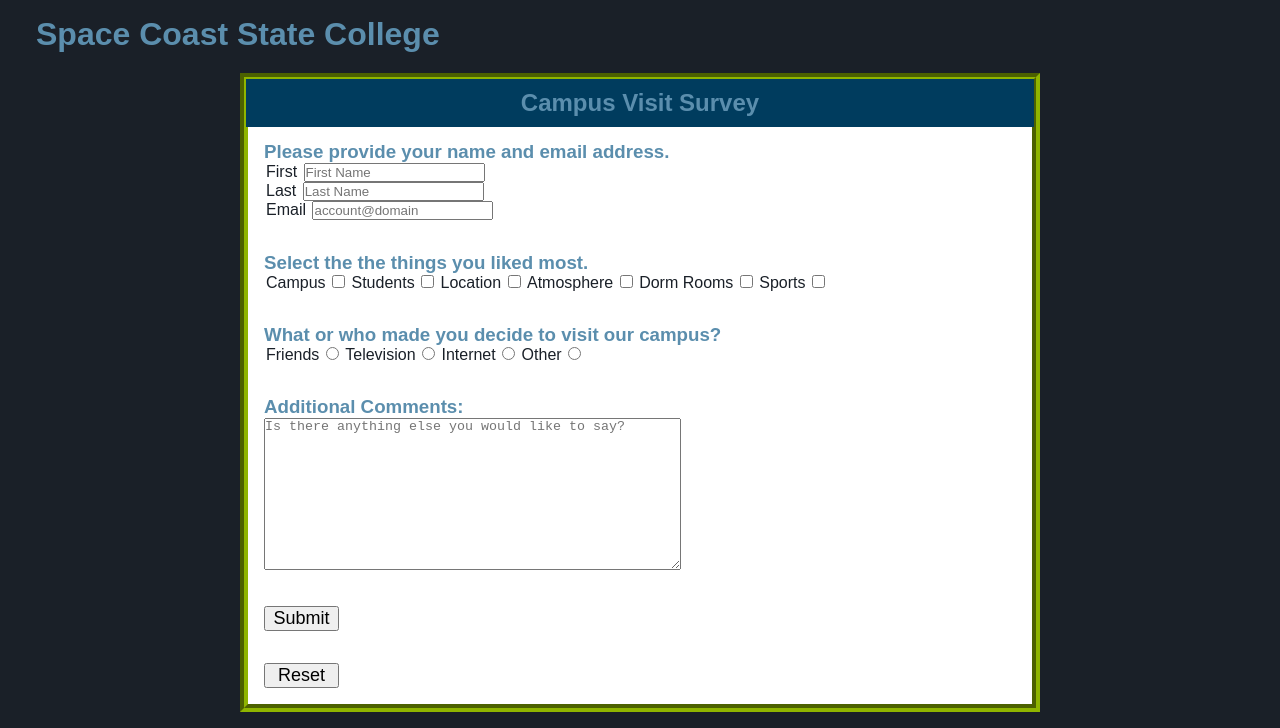
Repository: mlmEFSC21/P2-University-Form
Page: index.html
These files come from the project's save history. The page is drawn as it stood at one moment and after the next save; the edit follows.
The browser window is 1280 px wide. The pictures show the whole page.
Some web fonts or font styles are not loaded; a fallback is used.

Above is the page before, as saved 2022-01-29 20:05:06.

### index.html
<!DOCTYPE html>
<html lang="en">
    <head>
        <meta charset="UTF-8" />
        <meta http-equiv="X-UA-Compatible" content="IE=edge" />
        <meta name="viewport" content="width=device-width, initial-scale=1.0" />
        <title>University Form</title>
        <link rel="stylesheet" href="uniFormStyles.css" />
    </head>
    <body>
        <header>
            <h1>Space Coast State College</h1>
        </header>
        <main>
            <section class="flex">
                <!-- REMEMBER TO CHANGE THIS TO A POST TO DEITEL!!!!!!!!!!-->
                <form action="results.html" method="GET">
                    <h2>Campus Visit Survey</h2>
                    <article class="info">
                        <h3>Please provide your name and email address.</h3>
                        <div>
                            <label for="fname">First</label>
                            <input
                                type="text"
                                id="fname"
                                name="fname"
                                required
                                placeholder="First Name"
                            />
                        </div>
                        <div>
                            <label for="lname">Last</label>
                            <input
                                type="text"
                                id="lname"
                                name="lname"
                                required
                                placeholder="Last Name"
                            />
                        </div>
                        <div>
                            <label for="email">Email</label>
                            <input
                                type="email"
                                id="email"
                                name="email"
                                required
                                placeholder="account@domain"
                            />
                        </div>
                    </article>
                    <article class="favFeatures">
                        <h3>Select the the things you liked most.</h3>
                        <label for="campus">Campus</label>
                        <input type="checkbox" id="campus" name="campus" />
                        <label for="students">Students</label>
                        <input type="checkbox" id="students" name="students" />
                        <label for="location">Location</label>
                        <input type="checkbox" id="location" name="location" />
                        <label for="atmosphere">Atmosphere</label>
                        <input
                            type="checkbox"
                            id="atmosphere"
                            name="atmosphere"
                        />
                        <label for="dorms">Dorm Rooms</label>
                        <input type="checkbox" id="dorms" name="dorms" />
                        <label for="sports">Sports</label>
                        <input type="checkbox" id="sports" name="sports" />
                    </article>
                    <article class="recommend">
                        <h3>
                            What or who made you decide to visit our campus?
                        </h3>
                        <label for="friends">Friends</label>
                        <input
                            type="radio"
                            id="friends"
                            name="referred"
                            required
                        />
                        <label for="television">Television</label>
                        <input type="radio" id="television" name="referred" />
                        <label for="internet">Internet</label>
                        <input type="radio" id="internet" name="referred" />
                        <label for="other">Other</label>
                        <input type="radio" id="other" name="referred" />
                    </article>
                    <article>
                        <h3>Additional Comments:</h3>
                        <textarea
                            name="comments"
                            placeholder="Is there anything else you would like to say?"
                            rows="10"
                            cols="50"
                        ></textarea>
                    </article>
                    <button type="submit" class="submit">Submit</button>
                    <button type="reset" class="reset">Reset</button>
                </form>
            </section>
        </main>
    </body>
</html>

### uniFormStyles.css
@import url("https://fonts.googleapis.com/css2?family=Spectral:wght@400&display=swap");

:root {
    --clr-prime: #003c5e;
    --clr-second: #1a2028;
    --clr-accent: #8fb500;
    --clr-font-prime: #5b8ead;
    --clr-font-second: black;
}

*,
*::before,
*::after {
    margin: 0;
    padding: 0;
    box-sizing: border-box;
}
body {
    margin: 0 1.25em;
    padding: 1em;
    background-color: var(--clr-second);
    font-family: "Spectral", sans-serif;
    color: var(--clr-font-prime);
}
header {
    color: var(--clr-font-prime);
    margin-bottom: 1.25em;
}
h2 {
    margin: -0.75em;
    background-color: var(--clr-prime);

    border: 10px solid var(--clr-prime);
    text-align: center;
}
form {
    display: flex;
    flex-direction: column;
    max-width: 800px;
    border: 8px groove var(--clr-accent);
    background-color: white;
    gap: 2rem;
    margin: auto;
    padding: 1rem;
}
input {
    accent-color: var(--clr-accent);
}
label {
    color: var(--clr-second);
    padding: 2px;
}
button {
    width: 75px;
    font-size: large;
    cursor: pointer;
}

After the next save:
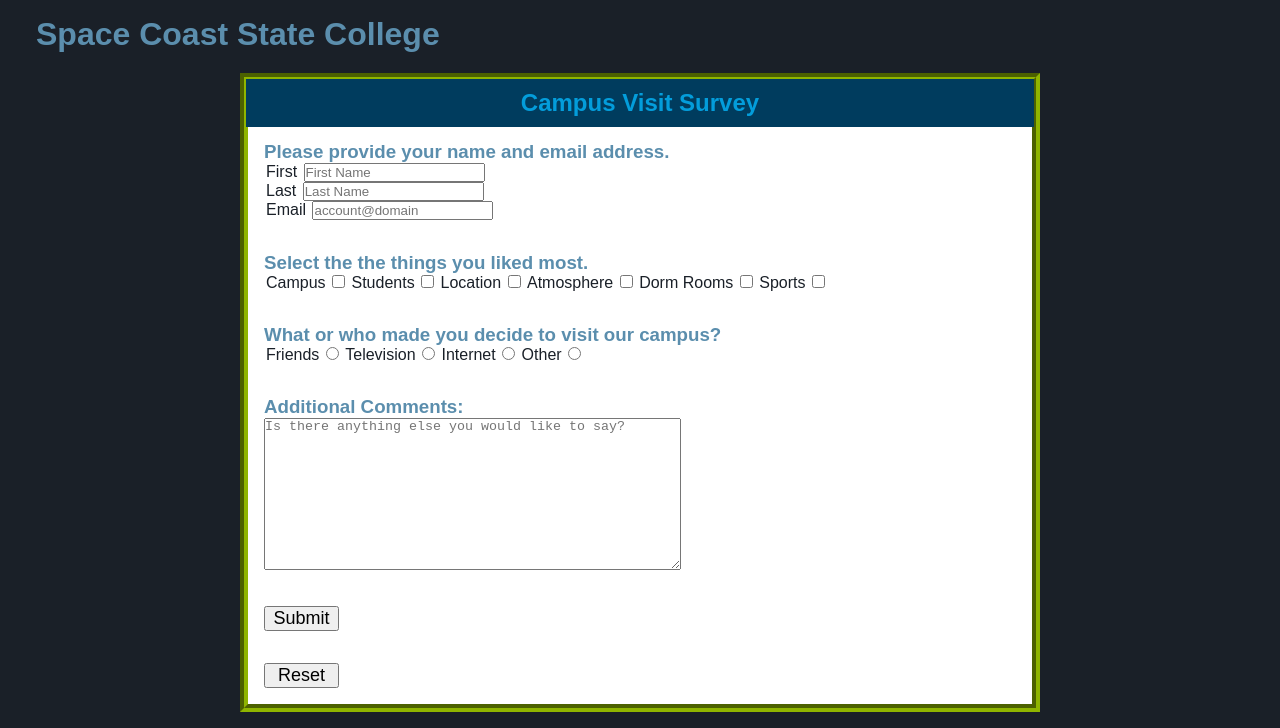
Saved 75 s later.
--- a/uniFormStyles.css
+++ b/uniFormStyles.css
@@ -29,7 +29,7 @@ header {
 h2 {
     margin: -0.75em;
     background-color: var(--clr-prime);
-
+    color: #039ddb;
     border: 10px solid var(--clr-prime);
     text-align: center;
 }
